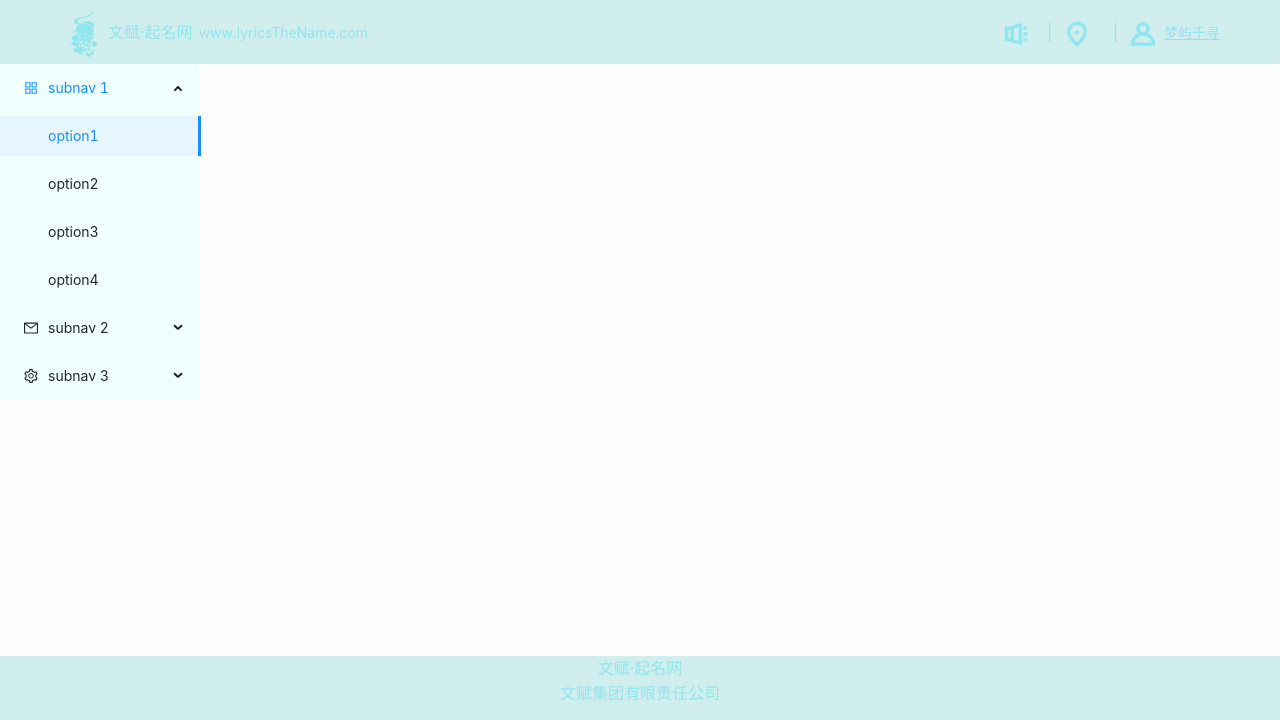
Repository: fangxueliang/react-redux-
Page: /
An editor plug-in stored every save of this project. The page is shown before and after the next save, followed by the edit.
The browser window is 1280 px wide. The page is 1280 px wide, then 1281 px, then 1280 px, so the pictures cover 1281 px, including what lies to the right of the window. The pictures show the whole page.
The project was rebuilt for these pictures with package versions that can differ from the ones it lists, and the page was loaded fresh each time.

Above is the page before, as saved 2020-12-30 13:15:19.

### public/index.html
<!DOCTYPE html>
<html lang="en">
  <head>
    <meta charset="utf-8" />
    <meta name="theme-color" content="#000000" />
    <meta name="description" content="Web site created using create-react-app" />
    <title>React App</title>
  </head>
  <body>
    <div id="root"></div>
  </body>
</html>

### src/index.js
// 主入口文件
//主入口
import React from 'react';//引入react
import ReactDOM from 'react-dom';
import { Main } from './Pages';//引入Main文件

import 'antd/dist/antd.css'//antd样式
import './Common/CSS/layout.css'//布局样式
import './Common/CSS/common.css'//引入公共样式

ReactDOM.render(
  <div className="main">
    <Main />
  </div>,
  document.getElementById('root')
);

### src/Pages/index.js
import React from 'react';
import { Layout } from 'antd'
import { MenuSider } from "./Menu/menu";
import { HeaderCommon } from "./Header/header";
import { FooterCommon } from "./Footer/footer";

const { Header, Footer, Content, Sider } = Layout
export const Main = () => {
    return (

        <div className="Home_layout">
            {/* 头部header */}
            <div className="Home_header">
                <HeaderCommon />
            </div>
            <div className="Home_main">
                {/* 左侧导航Sider */}
                <div className="Home_sider">
                    <Sider>
                        <MenuSider />
                    </Sider>
                </div>

                {/* 主要内容Content */}
                <div className="Home_content"></div>
            </div>
            {/* 底部footer */}
            <div className="Home_footer">
                <FooterCommon />
            </div>
        </div>


    );
}

### src/Common/CSS/layout.css
/* 布局样式  */
.Home_layout {
    min-height: 100%;
}

.Home_layout .Home_header {
    height: 64px;
    line-height: 64px;
    padding: 0 60px;
    background: #D1EEEE;
}

.Home_layout .Home_footer {
    position: fixed;
    bottom: 0;
    height: 64px;
    width: 100%;
    padding: 0 60px;
    background: #D1EEEE;
}

.Home_layout .Home_sider {}

.Home_layout .ant-layout-sider .ant-menu {
    background: #F0FFFF;
}

.Home_layout .Home_main {
    height: 60vh;
}

.Home_layout .Home_content {
    display: inline-block;
}

### src/Common/CSS/common.css
/* 公共样式 */
body {
    width: 100%;
    height: 100%;
    background: #FCFCFC;
    margin: 0;
}

.main {
    font-size: 16px;
}

### src/Pages/Menu/menu.js
// 左侧菜单
import React from 'react';
import { Menu } from 'antd';
import { AppstoreOutlined, MailOutlined, SettingOutlined } from '@ant-design/icons';

const { SubMenu } = Menu;

export const MenuSider = () => {
    return (
        <Menu
            mode="inline"
            defaultSelectedKeys={['1']}
            defaultOpenKeys={['sub1']}
            style={{ height: '100%', borderRight: 0 }}
        >
            <SubMenu key="sub1" icon={<AppstoreOutlined />} title="subnav 1">
                <Menu.Item key="1">option1</Menu.Item>
                <Menu.Item key="2">option2</Menu.Item>
                <Menu.Item key="3">option3</Menu.Item>
                <Menu.Item key="4">option4</Menu.Item>
            </SubMenu>
            <SubMenu key="sub2" icon={<MailOutlined />} title="subnav 2">
                <Menu.Item key="5">option5</Menu.Item>
                <Menu.Item key="6">option6</Menu.Item>
                <Menu.Item key="7">option7</Menu.Item>
                <Menu.Item key="8">option8</Menu.Item>
            </SubMenu>
            <SubMenu key="sub3" icon={<SettingOutlined />} title="subnav 3">
                <Menu.Item key="9">option9</Menu.Item>
                <Menu.Item key="10">option10</Menu.Item>
                <Menu.Item key="11">option11</Menu.Item>
                <Menu.Item key="12">option12</Menu.Item>
            </SubMenu>
        </Menu>
    )
}

### src/Pages/Header/header.js
// 头部
import React from 'react';
import logo from "../../Asset/img/logo.png";
import myImg from "../../Asset/img/我的.png";
import remindImg from "../../Asset/img/提醒.png";
import positioningImg from "../../Asset/img/定位.png";
import './header.css'

export const HeaderCommon = () => {
    return (
        <div className="header">
            <div className="header_item">
                <img src={logo} className="logo" alt="蓝龙" />
                <span className="logo_title">文赋·起名网</span>
                <a className="logo_URL" href="/">www.lyricsTheName.com</a>
            </div>
            <div className="header_item"></div>
            <div className="header_item header_item_right">
                <span>
                    <img src={remindImg} alt="我的" />
                </span>
                <span className="header_separated">|</span>
                <span>
                    <img src={positioningImg} alt="我的" />
                </span>
                <span className="header_separated"> |</span>
                <span>
                    <img src={myImg} alt="我的" />
                    <span className="header_myName">梦屿千寻</span>
                </span>
            </div>
        </div>
    )
}

### src/Pages/Footer/footer.js
// 头部
import React from 'react';
import './footer.css'

export const FooterCommon = () => {
    return (
        <div className="footerCommon">
            <p>文赋·起名网</p>
            <p>文赋集团有限责任公司</p>
        </div>
    )
}

### src/Pages/Header/header.css
.header {
    display: flex;
    width: 100%;
    height: 100%;
    justify-content: space-between;
}

.header .header_item {
    display: inline-block;
}

.header .header_item .logo {
    width: 48px;
    height: 48px;
}

.header .header_item_right {
    color: #8ee5ee
}

.header .header_item_right img {
    width: 30px;
    height: 30px;
    margin-right: 6px;
}

.header .header_item_right .header_separated {
    margin: 0 10px
}

.header .logo_title {
    color: #8ee5ee
}

.header .logo_URL {
    margin-left: 6px;
    color: #8ee5ee;
    font-size: 14px;
}

.header .header_myName {
    font-size: 14px;
    text-decoration: underline;
}

### src/Pages/Footer/footer.css
.footerCommon {
    text-align: center;
}

.footerCommon p {
    color: #8ee5ee;
    margin: 0;
}

After the next save:
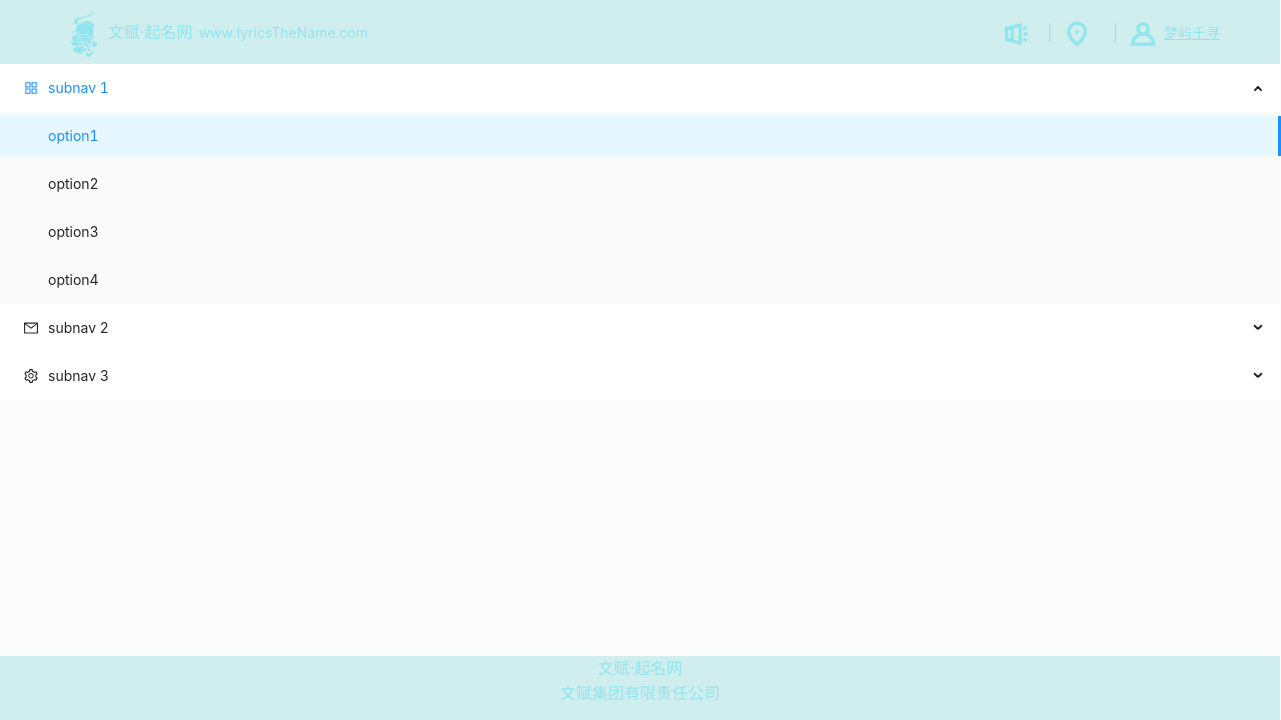
Saved 71 s later.
--- a/src/Pages/index.js
+++ b/src/Pages/index.js
@@ -16,9 +16,9 @@
             <div className="Home_main">
                 {/* 左侧导航Sider */}
                 <div className="Home_sider">
-                    <Sider>
-                        <MenuSider />
-                    </Sider>
+
+                    <MenuSider />
+
                 </div>
 
                 {/* 主要内容Content */}

After the save that followed:
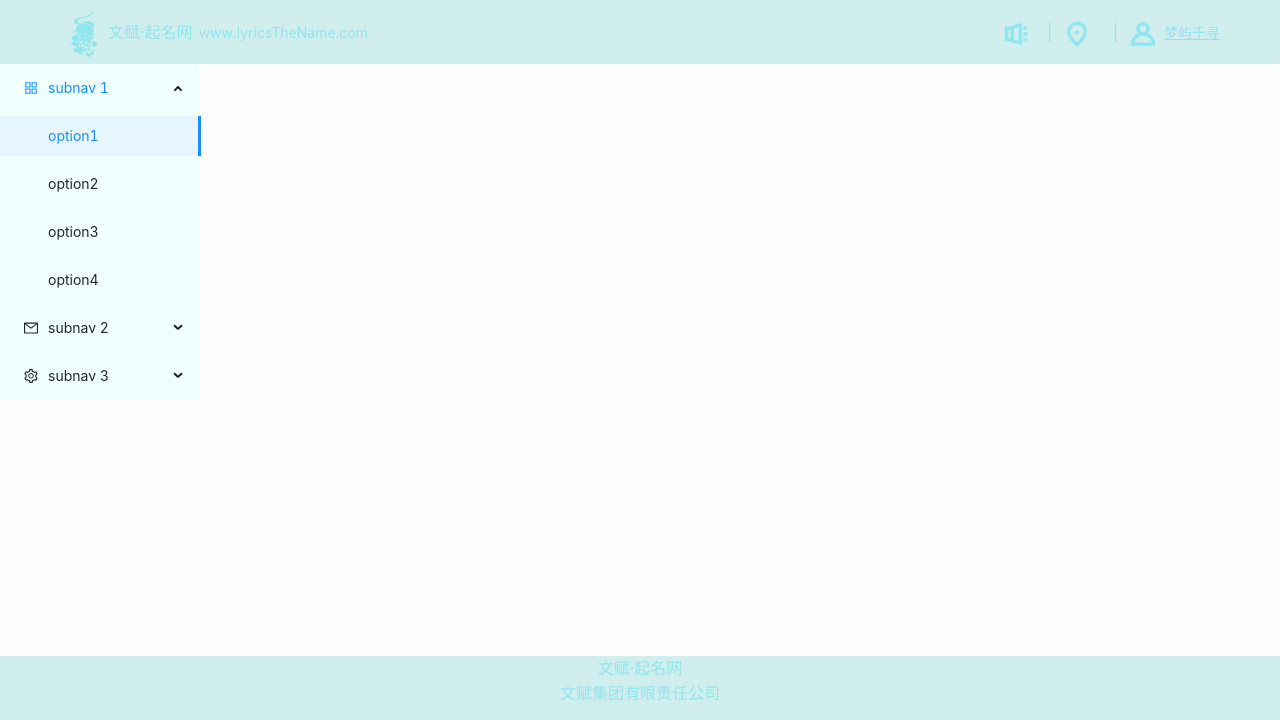
Saved 13 s later.
--- a/src/Pages/index.js
+++ b/src/Pages/index.js
@@ -16,9 +16,9 @@
             <div className="Home_main">
                 {/* 左侧导航Sider */}
                 <div className="Home_sider">
-
-                    <MenuSider />
-
+                    <Sider>
+                        <MenuSider />
+                    </Sider>
                 </div>
 
                 {/* 主要内容Content */}
